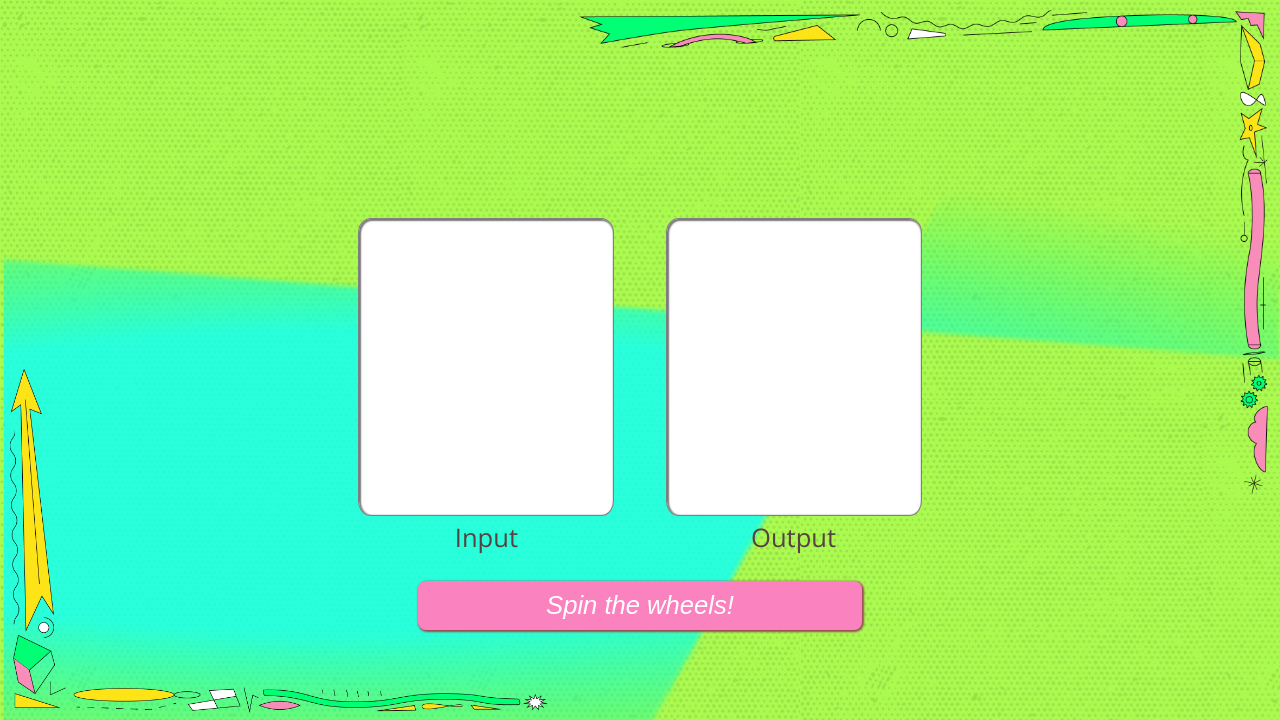
Repository: fakebrianho/IMA-Low-Res-Create-Athon-2022
Page: docs/project-generator/index.html
These files come from the project's save history. The page is drawn as it stood at one moment and after the next save; the edit follows.
The browser window is 1280 px wide. The pictures show the whole page.

Above is the page before, as saved 2022-10-26 23:20:17.
Not found: docs/project-generator/libraries/p5.dom.js
Not found: docs/project-generator/libraries/p5.js
Not found: docs/project-generator/libraries/p5.sound.js

### docs/project-generator/index.html
<!DOCTYPE html>
<html>

<head>
  <script src="libraries/p5.js"></script>
  <script src="libraries/p5.dom.js"></script>
  <script src="libraries/p5.sound.js"></script>
  <link href="https://fonts.googleapis.com/css2?family=Open+Sans:ital,wght@0,300;0,400;0,600;0,700;0,800;1,300;1,400;1,600;1,700;1,800&display=swap" rel="stylesheet">
  <link rel="stylesheet" type="text/css" href="style.css">
  <meta charset="utf-8">
  <title>Create-Athon Project Generator</title>
</head>

<body>
  <header>

  </header>

  <section>

    <div id="wheel-container">

      <div class="prompt" id="input-prompt">
      <div class="changing-segment" >
          <div id="inputs">
          </div>
        </div>
        <div class="prompt-label" id="input-label">Input</div>
      </div>

      <div class="prompt" id="output-prompt">
      <div class="changing-segment">
        <div id="outputs">
        </div>
      </div>
      <div class="prompt-label" id="output-label">Output</div>
      </div>

    </div>

    <div id="button-container">
      <button> Spin the wheels! </button>
    </div>

  </section>

  <script src="sketch.js"></script>
  <script src="wheel.js"></script>

</body>

</html>

### docs/project-generator/style.css
html,
body {
	margin: 0;
	padding: 0;
	width: 100%;
	height: 100%;
	box-sizing: border-box;
	font-family: 'Open Sans', sans-serif;
}

section {
	width: 100%;
	height: 100%;
	position: absolute;
	background: url(image/bg_border-top.png), url(image/bg_border-bottom.png),
		url(image/bg_gradient.png), url(image/bg_texture.png), #aafa50;
	/* background-size: 100% 100%; */
	background-repeat: no-repeat, no-repeat, no-repeat, repeat;
	background-size: auto 70vh, auto 50vh, 100vw 120vh, 800px auto;
	background-position: right top, left 50vh, left 25vh, 0 0;
}

p {
	position: relative;
	overflow: hidden;
	overflow-x: auto;
}

#wheel-container {
	display: flex;
	justify-content: center;
	margin-top: 15%;
	overflow: hidden;
}

.prompt {
	display: flex;
	flex-direction: column;
	width: 20%;
	padding: 2%;
	text-align: center;
	overflow: hidden;
}

.changing-segment {
	box-shadow: 1px 1px 1.5px 1px #777 inset;
	border-radius: 5%;
	border-style: groove;
	border-color: gray;
	border-width: 1px;
	position: relative;
	overflow: none;
	background-color: #fff;
	color: black;
	height: 17rem;
	padding: 1rem 0 0.5rem 0;
	font-size: 1.2rem;
	line-height: 1.55rem;
}

#inputs,
#outputs {
	padding: 5%;
}

.prompt-label {
	color: #594042;
	margin-top: 0.3rem;
	font-size: 1.6rem;
}

#button-container {
	margin-top: 0%;
	text-align: center;
}

button {
	background: #fa82be;
	/* background: #96c8dc; */
	cursor: pointer;
	box-shadow: 1px 1px 2px 1px rgb(148, 79, 79);
	color: white;
	border-width: 0px;
	border-radius: 0.5rem;
	padding: 0.8% 10% 0.8% 10%;
	font-size: 1.6rem;
	font-weight: 400;
	font-style: italic;
}

### docs/presentation-order/sketch.js
let spinButton;
let data;
let inputWheel, outputWheel;
let clickSound, endSound, gameShow;
let isSpinning = false;
let resourcesAvailable = false;

function preload() {
  data = loadJSON('data/generator.json');
  //sounds are public domain
  clickSound = loadSound('sound/faded_sine.mp3');
  endSound = loadSound('sound/Electronic_Chime-KevanGC-495939803.mp3');
  // maybe not this sound?
  gameShow = loadSound('sound/gameshow_short.mp3');
}

function windowResized(){
  resizeCanvas(windowWidth, windowHeight);
}

function setup() {
  frameRate(60);

  clickSound.setVolume(0.4);
  gameShow.setVolume(0.5);

  inputWheel = new Wheel(
    '#inputs',
    data.input
  );
  outputWheel = new Wheel(
    '#outputs',
    data.output
  );

  spinButton = select('button');
  spinButton.mouseClicked(startSpin);
}

function draw() {

  // workaround, see line 69
  // if (inputWheel.spin) {
  //   // inputWheel.move();
  // }
  if (outputWheel.spin) {
    outputWheel.move();
  }

  if(isSpinning){
    if(inputWheel.difference == 0 && outputWheel.difference == 0){
      endSound.play();
      setTimeout(() => {  gameShow.play(); }, 100);
      isSpinning = false;
    }
  }

}

function startSpin(

  clickEvent,
  targetInput = floor(random(data.input.length)),
  targetOutput = floor(random(data.output.length)),

) {
  isSpinning = true;

  // inputWheel.target = targetInput; // not the target that displays!!
  // inputWheel.spin = true;
  inputWheel.update(targetInput);
  // inputWheel.resetAriaHidden();

  outputWheel.target = targetOutput;
  outputWheel.spin = true;
  outputWheel.resetAriaHidden();

  // console.log(
  //   'make a something where the input is ' +
  //     data.input[targetInput] +
  //     ' and an output is ' +
  //     data.output[targetOutput]
  // );

  // remove data from array here
  console.log(data.input[targetInput]);
  data.input.splice(targetInput, 1);
  console.log(data.input);
}

### docs/project-generator/wheel.js
class Wheel {
    constructor(parentID, data, count = 5, startIndex = 0) {
        this.count = count;
        this.data = data;
        this.numOfCycles = Math.floor(random(2,4));
        this.startIndex = startIndex;
        this.currentIndex = this.startIndex - this.data.length*this.numOfCycles;
        this.parentID = parentID;
        this.elements = [];
        this.position = [];
        this.target = startIndex;
        this.speed = 5;
        this.difference = 0;

        for (let i = 0; i < this.count; i++) {
            this.elements[i] = createP(this.data[(this.startIndex + i - floor(this.count / 2)) % this.data.length]);
            this.elements[i].parent(this.parentID);
            this.elements[i].attribute('aria-hidden', true);
            this.elements[i].style('color', rgbToHex(int(random(120)), int(random(120)), int(random(120))));
            this.position[i] = this.elements[i].position();
            if (i == floor(this.count / 2)) {
                this.elements[i].attribute('aria-hidden', false);
            } else {
                this.elements[i].style('visibility', 'hidden');
            }
        }
        // this feels hacky?
        this.startTop = this.position[0].y;
        this.currTop = parseInt(this.elements[0].style('top'));
        this.distanceBetweenElements = this.position[1].y - this.position[0].y;

        this.spin = false;
    }

    resetAriaHidden() {
        for (let i = 0; i < this.count; i++) {
            this.elements[i].attribute('aria-hidden', true);
            this.elements[i].style('visibility', 'visible');
        }
    }
    move() {
        this.currTop -= this.speed;

        this.difference = int(this.target) - int(this.currentIndex);
        this.speed = 60 * abs((this.difference) % (this.data.length*this.numOfCycles*2)) / (this.data.length*this.numOfCycles*2);

        // console.log(this.data[this.target],this.target, this.currentIndex, this.difference, (this.data.length*this.numOfCycles), this.speed);
        if (this.currTop < -this.distanceBetweenElements / 2) {
            clickSound.play();
            this.currentIndex++;
            this.startIndex = this.currentIndex + this.data.length*this.numOfCycles;
            this.startIndex %= this.data.length;
            this.elements[0].remove();
            this.currTop = 0;
            this.elements.splice(0, 1);
            this.elements.push(createP(this.data[(this.data.length + this.startIndex + floor(this.count / 2)) % this.data.length]));
            this.elements[this.elements.length - 1].parent(this.parentID);
            this.elements[this.elements.length - 1].attribute('aria-hidden', true);
            this.elements[this.elements.length - 1].style('color', rgbToHex(int(random(120)), int(random(120)), int(random(120))));
        }
        for (let i = 0; i < this.elements.length; i++) {
            this.elements[i].style('top', this.currTop + 'px');
        }
          if (this.difference == 0) {
            this.spin = false;
            this.numOfCycles = floor(random(2,5));
            this.currentIndex = this.startIndex - this.data.length*this.numOfCycles;
            for (let i = 0; i < this.elements.length; i++) {
                if (i == floor(this.elements.length / 2)) {
                    this.elements[i].attribute('aria-hidden', false);
                    this.elements[i].addClass('wrap');
                } else {
                    this.elements[i].style('visibility', 'hidden');
                }
            }
        }
    }
}

function componentToHex(c) {
    var hex = c.toString(16);
    return hex.length == 1 ? "0" + hex : hex;
}

function rgbToHex(r, g, b) {
    return "#" + componentToHex(r) + componentToHex(g) + componentToHex(b);
}

After the next save:
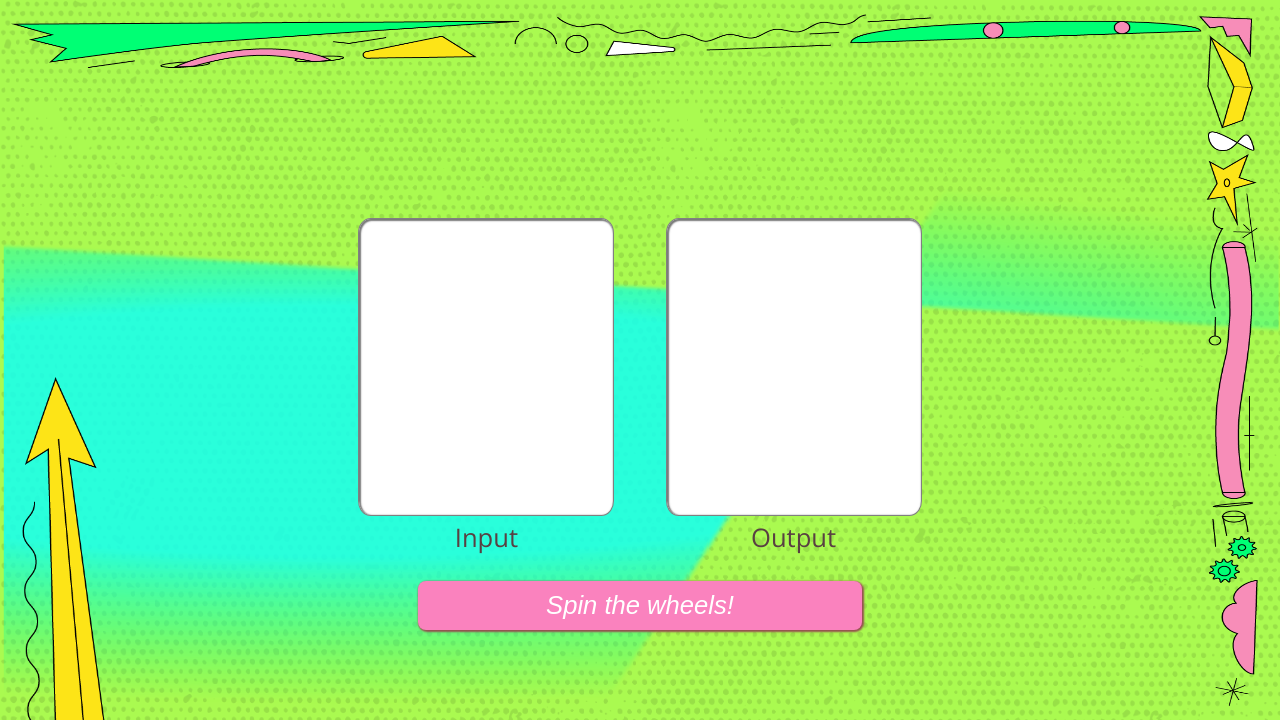
Saved 26 s later.
--- a/docs/project-generator/style.css
+++ b/docs/project-generator/style.css
@@ -14,9 +14,9 @@
 	position: absolute;
 	background: url(image/bg_border-top.png), url(image/bg_border-bottom.png),
 		url(image/bg_gradient.png), url(image/bg_texture.png), #aafa50;
-	/* background-size: 100% 100%; */
+	background-size: 100% 100%;
 	background-repeat: no-repeat, no-repeat, no-repeat, repeat;
-	background-size: auto 70vh, auto 50vh, 100vw 120vh, 800px auto;
+	/* background-size: auto 70vh, auto 50vh, 100vw 120vh, 800px auto; */
 	background-position: right top, left 50vh, left 25vh, 0 0;
 }
 

After the save that followed:
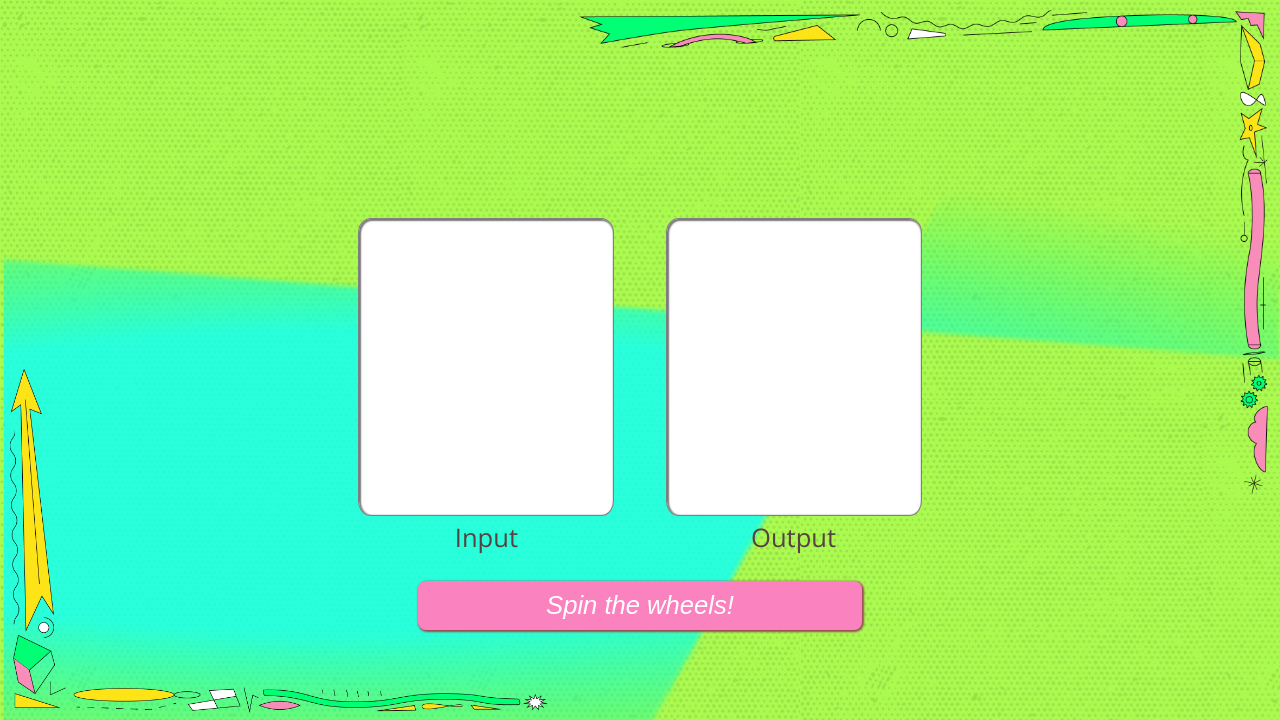
Saved 5 s later.
--- a/docs/project-generator/style.css
+++ b/docs/project-generator/style.css
@@ -14,9 +14,9 @@
 	position: absolute;
 	background: url(image/bg_border-top.png), url(image/bg_border-bottom.png),
 		url(image/bg_gradient.png), url(image/bg_texture.png), #aafa50;
-	background-size: 100% 100%;
+	/* background-size: 100% 100%; */
 	background-repeat: no-repeat, no-repeat, no-repeat, repeat;
-	/* background-size: auto 70vh, auto 50vh, 100vw 120vh, 800px auto; */
+	background-size: auto 70vh, auto 50vh, 100vw 120vh, 800px auto;
 	background-position: right top, left 50vh, left 25vh, 0 0;
 }
 
